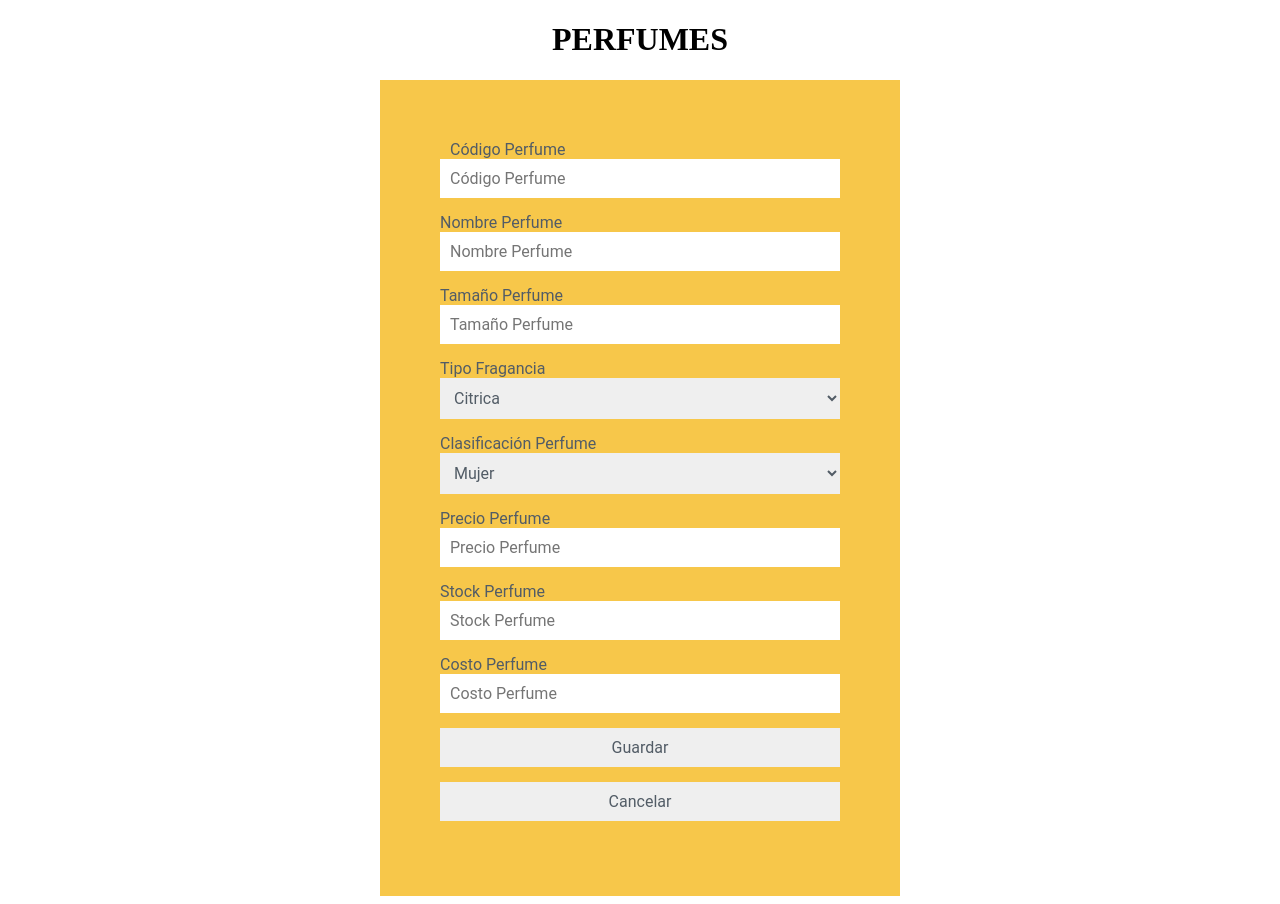
Repository: alejamorenovallejo/arosmile
Page: perfume.html
These files come from the project's save history. The page is drawn as it stood at one moment and after the next save; the edit follows.
The browser window is 1280 px wide. The pictures show the whole page.

Above is the page before, as saved 2021-09-12 02:20:10.
Not found: main.js

### perfume.html
<!DOCTYPE html>
<html>
  <head>
    <meta charset="utf-8" />
    <meta http-equiv="X-UA-Compatible" content="IE=edge" />
    <title>Perfumes</title>
    <meta name="viewport" content="width=device-width, initial-scale=1" />
    <link
      rel="stylesheet"
      type="text/css"
      media="screen"
      href="css/style.css"
    />
    <script src="main.js"></script>
  </head>
  <body>
    <header></header>
    <main>
        <h1>PERFUMES</h1>
        <form action="" method="POST">
          <label for="codigo_perfume">
            <span>Código Perfume</span>
            <input
              type="text"
              id="codigo_perfume"
              name="codigo_perfume"
              placeholder="Código Perfume"
            />
          </label>
          <label for="nombre_perfume">
            <span>Nombre Perfume</span>
            <input
              type="text"
              id="nombre_perfume"
              name="nombre_perfume"
              placeholder="Nombre Perfume"
            />
          </label>
          <label for="tamano_perfume">
            <span>Tamaño Perfume</span>
            <input
              type="number"
              id="tamano_perfume"
              name="tamano_perfume"
              placeholder="Tamaño Perfume"
            />
          </label>
          <label for="tipo_frangancia">
            <span>Tipo Fragancia</span>
            <select
              name="tipo_frangancia"
              id="tipo_frangancia"
              placeholder="Tipo Fragancia"
            >
              <option value="1">Citrica</option>
            </select>
          </label>
          <label for="clasificacion_perfume">
            <span>Clasificación Perfume</span>
            <select
              name="clasificacion_perfume"
              id="clasificacion_perfume"
              placeholder="Clasificación Perfume"
            >
              <option value="1">Mujer</option>
              <option value="2">Hombre</option>
              <option value="3">Infantil</option>
            </select>
          </label>
          <label for="precio_perfume">
            <span>Precio Perfume</span>
            <input
              type="number"
              id="precio_perfume"
              name="precio_perfume"
              placeholder="Precio Perfume"
            />
          </label>
          <label for="stock_perfume">
            <span>Stock Perfume</span>
            <input
              type="number"
              id="stock_perfume"
              name="stock_perfume"
              placeholder="Stock Perfume"
            />
          </label>
          <label for="costo_perfume">
            <span>Costo Perfume</span>
            <input
              type="number"
              id="costo_perfume"
              name="costo_perfume"
              placeholder="Costo Perfume"
            />
          </label>
          <input
            type="submit"
            id="guardar_perfume"
            name="guardar_perfume"
            value="Guardar"
          />
          <input
            type="button"
            id="cancelar_perfume"
            name="cancelar_perfume"
            value="Cancelar"
          />
        </form>
    </main>
  </body>
</html>

### css/style.css
form {
  padding: 60px;
  max-width: 400px;
  background-color: #F7C74A;
  margin: 0 auto;
}
form input, form select,form label{
    margin-bottom: 15px;
    font-family: "Roboto", sans-serif;
    width: 100%;
    padding: 10px;
    -webkit-box-sizing: border-box;
    box-sizing: border-box;
    border: none;
    color: #525c66;
    font-size: 1em;
    resize: horizontal;
}

h1 {
    text-align: center;
}

After the next save:
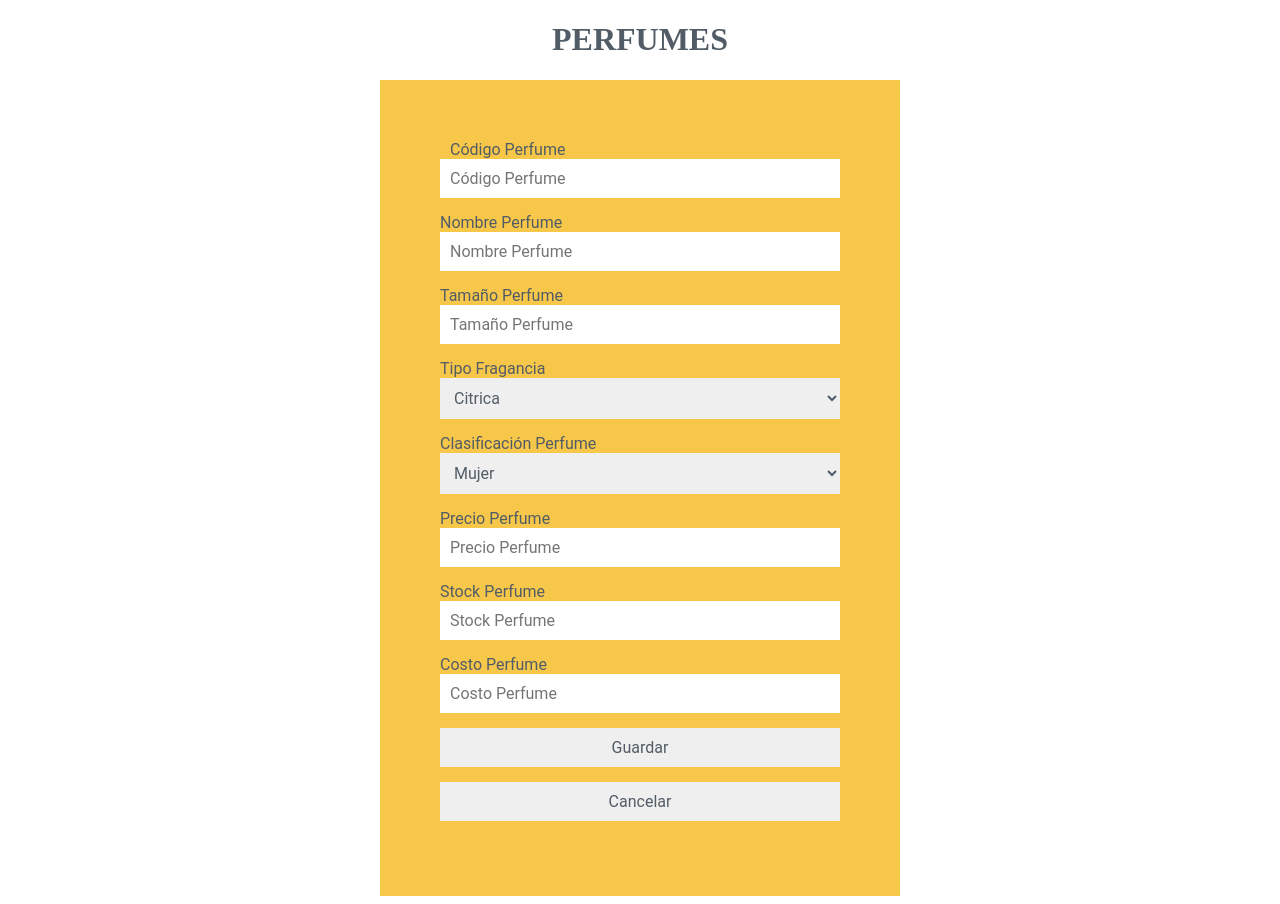
Saved 18 s later.
--- a/css/style.css
+++ b/css/style.css
@@ -19,4 +19,6 @@ form input, form select,form label{
 
 h1 {
     text-align: center;
+    color: #525c66;
+
 }
